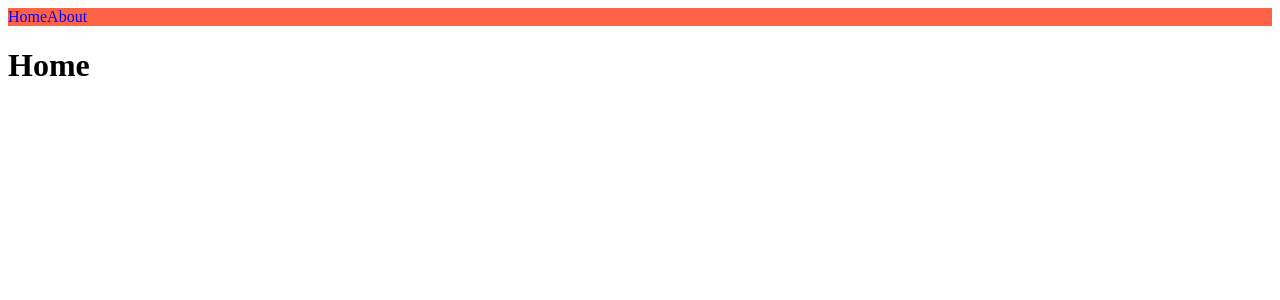
Repository: pjk0007/next-intro-movies
Page: /
These files come from the project's save history. The page is drawn as it stood at one moment and after the next save; the edit follows.
The browser window is 1280 px wide. The pictures show the whole page.
The project was rebuilt for these pictures with package versions that can differ from the ones it lists, and the page was loaded fresh each time. Some packages were replaced by stand-ins written for this rebuild. The framework's server and built-in components were replaced by stand-ins that run in the browser. Also part of the build but not shown: next.config.js.

Above is the page before, as saved 2022-03-11 19:50:16.

After the next save:
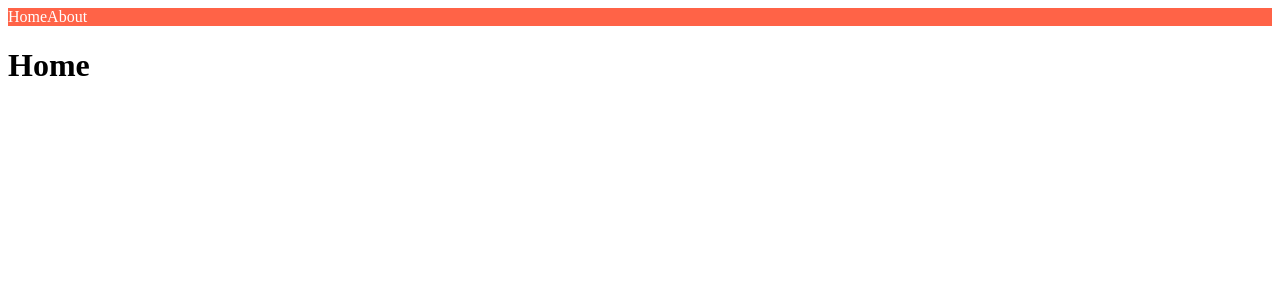
Saved 10 s later.
--- a/pages/index.tsx
+++ b/pages/index.tsx
@@ -7,7 +7,7 @@ export default function Home() {
       <h1>Home</h1>
       <style jsx>{`
         a {
-          color: blue;
+          color: white;
         }
       `}</style>
     </div>
